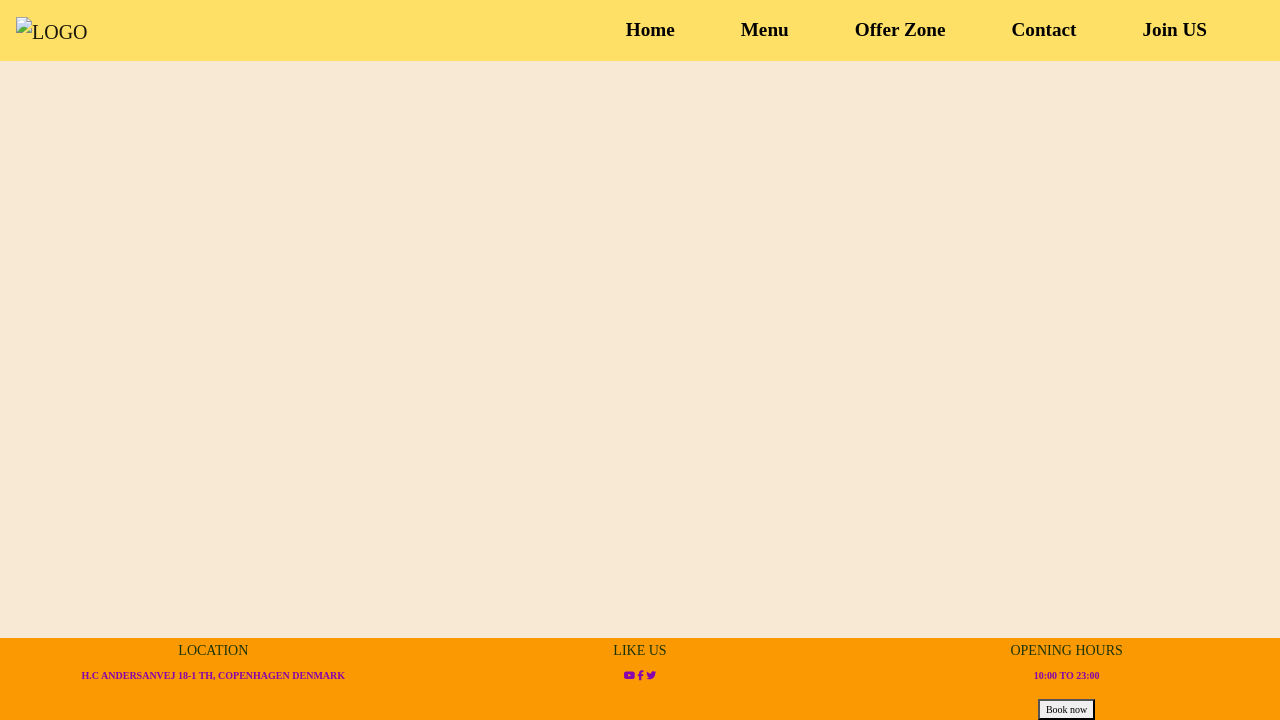
Repository: HMTRIVEDI/project-one
Page: index.html
The author's editor kept a record of every edit. The page is drawn from the files as they stood at one moment, then again after the next edit.
The browser window is 1280 px wide. The pictures show the whole page.
Some web fonts or font styles are not loaded; a fallback is used. Some web libraries are served in a nearby version.

Above is the page before.

After the next edit:
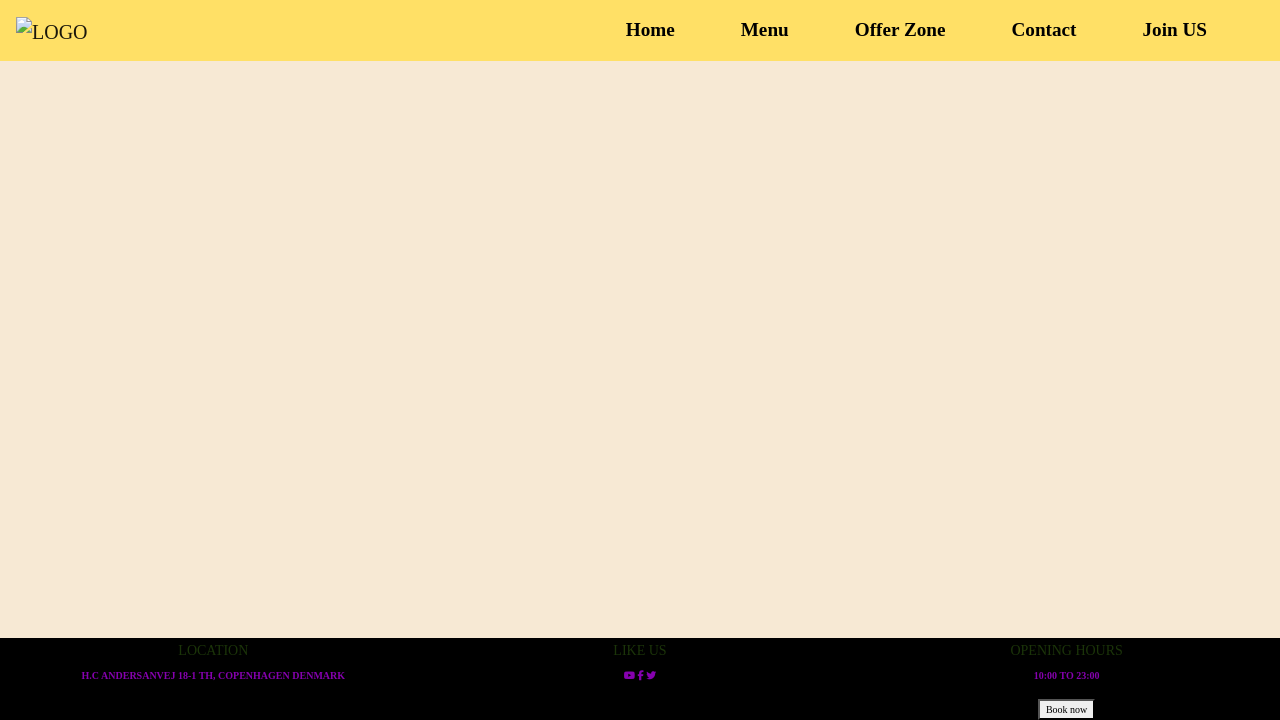
The edit:
--- a/assets/style.css
+++ b/assets/style.css
@@ -66,7 +66,7 @@
 #footer {
     bottom: 0;
     margin: 0 auto;
-    background-color: #FB9902;
+    background-color: #000000;
     width: 100%;
     position: absolute;
 }
